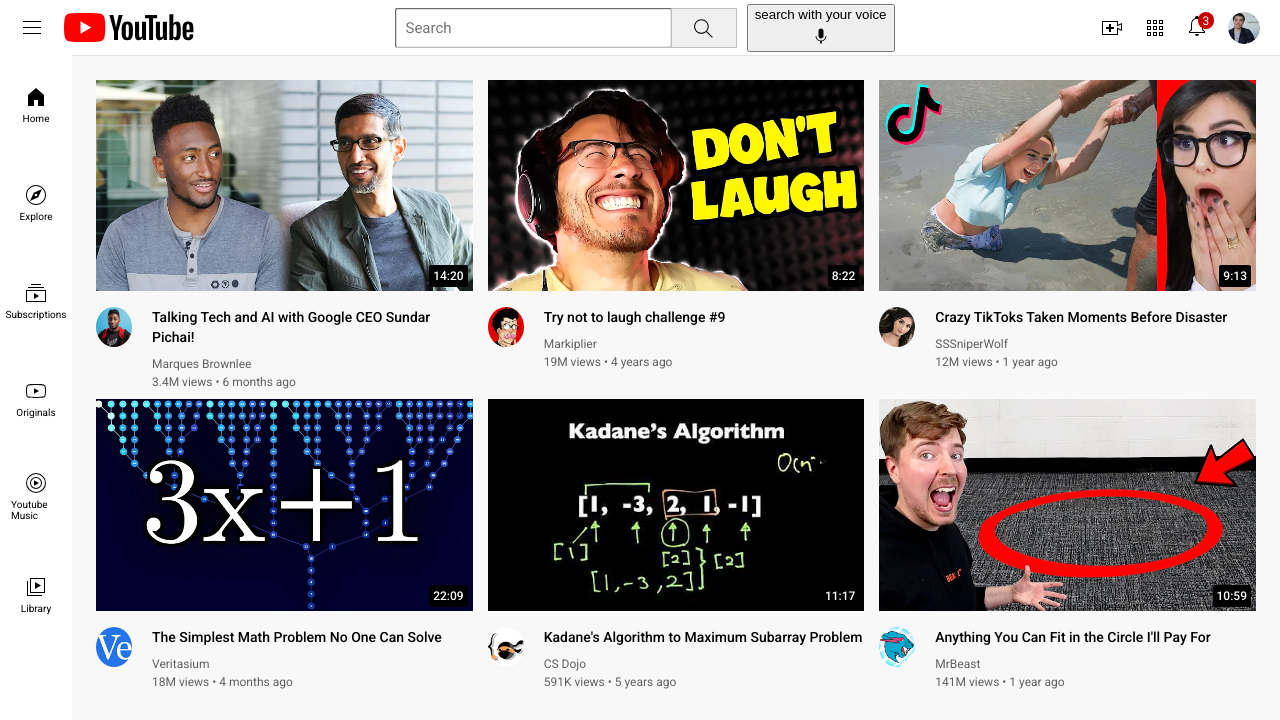
Repository: idahcarts-ux/html-css
Page: youtube.html
These files come from the project's save history. The page is drawn as it stood at one moment and after a run of saves; the edit follows.
The browser window is 1280 px wide. The pictures show the whole page.

Above is the page before, as saved 2025-11-21 07:14:21.

### youtube.html
<!DOCTYPE html>
<html>
<head>
  <title>YouTube.com Clone</title>

  <link rel="preconnect" href="https://fonts.googleapis.com">
  <link rel="preconnect" href="https://fonts.gstatic.com" crossorigin>
  <link href="https://fonts.googleapis.com/css2?family=Roboto:wght@100;300;400;500;700;900&display=swap" rel="stylesheet">

<link rel="stylesheet" href="styles/general.css">
<link rel="stylesheet" href="styles/video.css">
<link rel="stylesheet" href="styles/header.css">
<link rel="stylesheet" href="styles/sidebar.css">



</head>
<body>
  <div class="header">
    <div class="left-section">
     <img class="hamburger-menu" src="icons/hamburger-menu.svg">
     <img class="youtube-logo" src="icons/youtube-logo.svg">
    </div>

    <div class="middle-section">
      <input class="search-bar" type="text" placeholder="Search">
    <button class="search-button">
      <img
      class="search-icon"
      src="icons/search.svg">
      <div class="tooltip">search</div>
    </button>
    <button class="voice-search-button">
      <div class="tooltip">search with your voice</div>
      <img
      class="voice-search-icon"
      src="icons/voice-search-icon.svg">
    </button>
    </div>

    <div class="right-section">
      <img
      class="uploads-icon"
      src="icons/upload.svg">
      <img
      class="youtube-apps-icon"
      src="icons/youtube-apps.svg">
      <div class="notification-icon-container">
       <img
      class="notification-icon"
      src="icons/notifications.svg">
      <div class="notifications-count">3</div>
      </div>
      <img
       class="current-user-picture"
       src="chanel-pictures/my-channel.jpeg">
    </div>

  </div>

   <div class="sidebar">
     <div class="sidebar-link">
      <img src="icons/home.svg">
      <div>Home</div>
     </div>
     <div class="sidebar-link">
      <img src="icons/explore.svg">
      <div>Explore</div>
     </div>
     <div class="sidebar-link">
      <img src="icons/subscriptions.svg">
      <div>Subscriptions</div>
     </div>
     <div class="sidebar-link">
      <img src="icons/originals.svg">
      <div>Originals</div>
      </div>
     <div class="sidebar-link">
      <img src="icons/youtube-music.svg">
       <div>Youtube Music</div>
     </div>
      <div class="sidebar-link">
      <img src="icons/library.svg">
       <div>Library</div>
     </div>

   </div>



  <!-- MAIN GRID START -->
  <div class="video-grid">

    <!-- 1 -->
    <div class="video-preview">
      <div class="thumbnails-row">
      <img class="thumbnails" src="thumbnails/thumbnail-1.webp">
      <div class="video-time">14:20</div>
      </div>
      <div class="video-info-grid">
        <div class="channel-pictures">
          <img class="profile-picture" src="chanel-pictures/channel-1.jpeg">
        </div>
        <div class="video-info">
          <p class="video-title">
            Talking Tech and AI with Google CEO Sundar Pichai!
          </p>
          <p class="video-author">Marques Brownlee</p>
          <p class="video-stats">3.4M views • 6 months ago</p>
        </div>
      </div>
    </div>

    <!-- 2 -->
    <div class="video-preview">
       <div class="thumbnails-row">
      <img class="thumbnails" src="thumbnails/thumbnail-2.webp">
      <div class="video-time">8:22</div>
      </div>
       <div class="video-info-grid">
        <div class="channel-pictures">
          <img class="profile-picture" src="chanel-pictures/channel-2.jpeg">
        </div>
        <div class="video-info">
          <p class="video-title">Try not to laugh challenge #9</p>
          <p class="video-author">Markiplier</p>
          <p class="video-stats">19M views • 4 years ago</p>
        </div>
      </div>
    </div>

    <!-- 3 -->
    <div class="video-preview">
      <div class="thumbnails-row">
     <img class="thumbnails" src="thumbnails/thumbnail-3.webp">
       <div class="video-time">9:13</div>
       </div>
      <div class="video-info-grid">
        <div class="channel-pictures">
          <img class="profile-picture" src="chanel-pictures/channel-3.jpeg">
        </div>
        <div class="video-info">
          <p class="video-title">Crazy TikToks Taken Moments Before Disaster</p>
          <p class="video-author">SSSniperWolf</p>
          <p class="video-stats">12M views • 1 year ago</p>
        </div>
      </div>
    </div>

    <!-- 4 -->
    <div class="video-preview">
      <div class="thumbnails-row">
      <img class="thumbnails" src="thumbnails/thumbnail-4.webp">
        <div class="video-time">22:09</div>
        </div>
      <div class="video-info-grid">
        <div class="channel-pictures">
          <img class="profile-picture" src="chanel-pictures/channel-4.jpeg">
        </div>
        <div class="video-info">
          <p class="video-title">The Simplest Math Problem No One Can Solve</p>
          <p class="video-author">Veritasium</p>
          <p class="video-stats">18M views • 4 months ago</p>
        </div>
      </div>
    </div>

    <!-- 5 -->
    <div class="video-preview">
      <div class="thumbnails-row">
      <img class="thumbnails" src="thumbnails/thumbnail-5.webp">
       <div class="video-time">11:17</div>
       </div>
      <div class="video-info-grid">
        <div class="channel-pictures">
          <img class="profile-picture" src="chanel-pictures/channel-5.jpeg">
        </div>
        <div class="video-info">
          <p class="video-title">
            Kadane's Algorithm to Maximum Subarray Problem
          </p>
          <p class="video-author">CS Dojo</p>
          <p class="video-stats">591K views • 5 years ago</p>
        </div>
      </div>
    </div>

    <!-- 6 -->
    <div class="video-preview">
      <div class="thumbnails-row">
         <img class="thumbnails" src="thumbnails/thumbnail-6.webp">
         <div class="video-time">10:59</div>
         </div>
         <div class="video-info-grid">
        <div class="channel-pictures">
          <img class="profile-picture" src="chanel-pictures/channel-6.jpeg">
        </div>
        <div class="video-info">
          <p class="video-title">
            Anything You Can Fit in the Circle I'll Pay For
          </p>
          <p class="video-author">MrBeast</p>
          <p class="video-stats">141M views • 1 year ago</p>
        </div>
      </div>
    </div>

  </div>
  <!-- MAIN GRID END -->



</body>
</html>

### styles/general.css
 p {
    font-family: Roboto, Arial;
    margin-top: 0;
    margin-bottom: 0;
  }

  body {
    margin: 0;
    padding-top: 80px;
    padding-right: 24px;
    padding-left: 96px;
    background-color: rgb(248, 248, 248);
  }

### styles/video.css



  .thumbnails {
    width: 100%;
  }



  .video-title {
    font-size: 14px;
    font-weight: 500;
    line-height: 20px;
    margin-bottom: 10px;
  }

  .video-info-grid {
    display: flex;
    margin-top: 12px;
  }

  /* FIX: Ensure the profile picture container is just large enough for the picture */
  .channel-pictures {
    width: 48px; /* Slightly larger than the picture for padding/margin */
    flex-shrink: 0;
    margin-right: 8px; /* Added some spacing to separate picture from text */
  }

  /* FIX: Ensure the profile picture fills its container and maintain aspect ratio */
  .profile-picture {
    width: 36px; /* Kept your desired size */
    height: 40px; /* Added explicit height to force a square container */
    object-fit: cover; /* Ensures image covers the area without distortion */
    border-radius: 50%;
  }

  /* FIX: Removed fixed width which was unnecessary and potentially restrictive */
  .video-info {
    /* width: 200px; <--- Removed this line */
    flex: 1; /* Allow it to take up the remaining space */
  }

  .video-author {
    font-size: 12px;
    color: rgb(96, 96, 96);
    margin-bottom: 4px;
  }

  .video-stats {
    font-size: 12px;
    color: rgb(96, 96, 96);
  }

  .video-grid {
    display: grid;
    grid-template-columns: 1fr 1fr 1fr;
    column-gap: 15px;
    row-gap: 10px;
  }
  .video-time {
    background-color: black;
    color: white;
    position: absolute;
    bottom:8px;
    right:5px;
    font-family: Roboto, Arial;
    font-size: 12px;
    font-weight: 500;
    padding-left: 4px;
    padding-right: 4px;
    padding-bottom: 4px;
    padding-top: 4px;
    border-radius: 2px;

}

  .thumbnails-row {
    margin-bottom: 8px;
    position: relative;
  }

### styles/header.css


  .header {
    height:55px;
    display:flex;
    flex-direction: row;
    justify-content: space-between;
    position: fixed;
    top:0;
    left:0;
    right:0;
    background-color: white;
    border-bottom-width: 1px;
    border-bottom-style: solid;
    border-bottom-color: rgb( 228, 228, 228);
    z-index:100;
  }

  .left-section {
  display: flex;
   align-items: center;


  }
    .youtube-logo {
    width: 12vw;        /* Scales with viewport width */
    min-width: 80px;    /* Don't get too small */
    max-width: 130px;   /* Don't grow too large */
    height: auto;       /* Keep aspect ratio */
    transition: width 0.25s ease;
}


  .hamburger-menu {
    height: 24px;
    margin-left: 20px;
    margin-right: 20px;
  }
  .middle-section {
    flex:1;
    margin-left: 30px;
    margin-right: 35px;
    max-width:500px;
    display: flex;
    align-items:center;
  }
  .search-bar {
    flex:1;
    height:36px;
    padding-left:10px;
    font-size: 16px;
    border-width: 1px;
    border-color: rgb(190, 190,190);
    border-radius: 2px;
    box-shadow: inset 0.05px 0.05px 1px rgba(0, 0, 0.05);
    width:0;
  }
  .search-bar::placeholder {
    font-family: Roboto, Arial;
    font-size:15px;
  }
  .search-icon{
    height:25px;
    margin-top:4px;
  }
  .search-button {
    height:40px;
    width:66px;
    background-color: rgb( 240, 240, 240);
    border-width: 1px;
    border-style:solid;
    border-color: rgb(190, 190,190);
    margin-left: -1px;
    margin-right: 10px;
    position: relative;
  }
  .search-button .tooltip {
    position: absolute;
    background-color: gray;
    color:white;
    padding-top: 4px;
    padding-bottom: 4px;
    padding-left: 8px;
    padding-right: 8px;
    border-radius: 2px;
    font-size: 12px;
    bottom: -30px;
    opacity: 0;
    transition:opacity 0.15s;
    pointer-events: none;
  }

  .search-button:hover .tooltip {
   opacity: 1;
  }

  .search button, .voice
  .voice-search-button {
    height:40px;
    width:40px;
    border-radius: 20px;
    border: none;
    background-color: rgb(248,248,248);
  }
  .voice-search-icon{
    height:20px;
    margin-top: 4px;

  }
  .right-section {
    width:180px;
    display:flex;
    align-items: center;
    justify-content: space-between;
    flex-shrink: 0;
  }
  .uploads-icon {
    height:24px;
  }
  .youtube-apps-icon {
    height:24px;
  }
  .notification-icon {
    height:24px;
  }
  .notification-icon-container {
    position:relative;
  }
  .notifications-count {
    position:absolute;
    top: -2px;
    right: -5px;
    background-color: rgb(200, 0, 0);
    color: white;
    font-family: Roboto, Arial;
    font-size: 12px;
    padding-left: 5px;
    padding-right: 5px;
    padding-top: 2px;
    padding-bottom: 1px;
    border-radius: 10px;
  }
  .current-user-picture {
    height:32px;
    border-radius: 16px;
    margin-right: 20px;
  }

### styles/sidebar.css
.sidebar {
  position: fixed;
  left: 0;
  bottom: 0;
  top: 55px;
  background-color: white;
  width: 72px;
  z-index: 200;
  padding-top: 5;

}
.sidebar-link {
  height: 76px;
  display: flex;
  justify-content: center;
  align-items: center;
  flex-direction: column;
  padding:11px;
  cursor: pointer;

}
.sidebar-link:hover {
  background-color: rgb(238, 238,238);
}
.sidebar-link img {
  height: 24px;
  margin-bottom: 4px;
}
.sidebar-link div {
 font-family: Roboto, Arial;
 font-size: 10px;
}

After the next 3 saves:
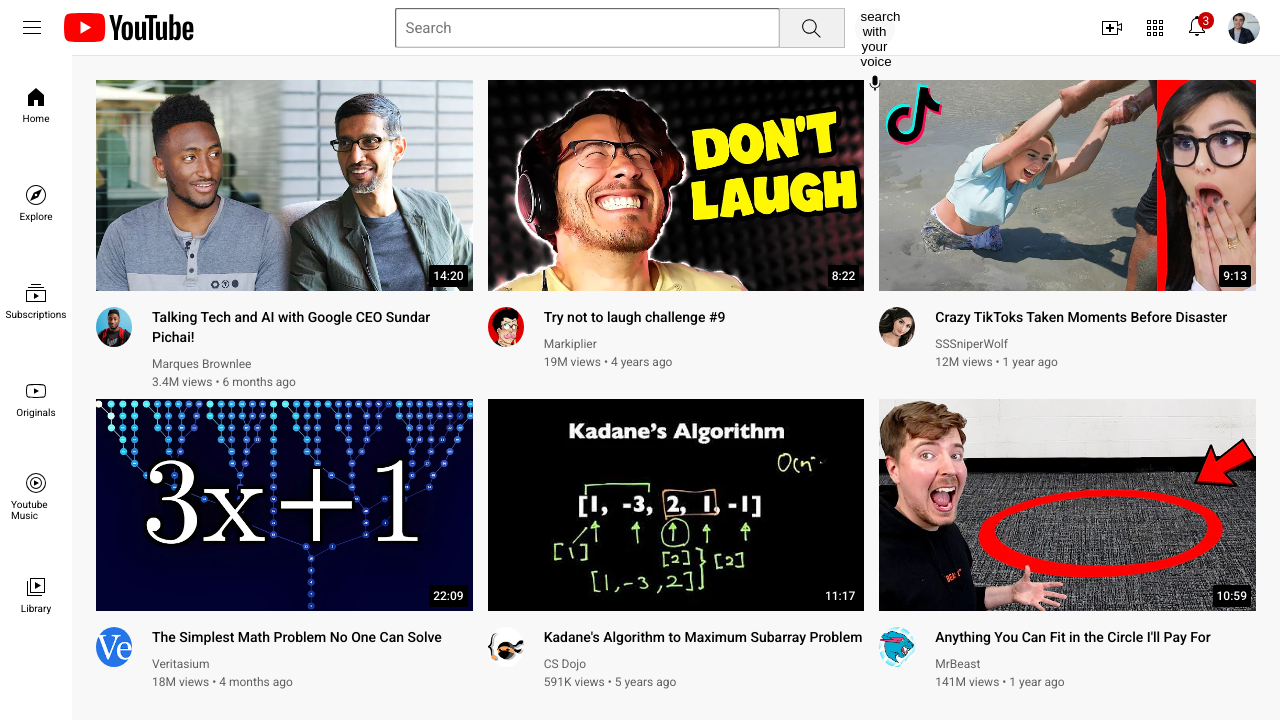
The 3 saves are shown as one change because they came seconds apart.
The last was saved 8 s later.
--- a/styles/header.css
+++ b/styles/header.css
@@ -94,7 +94,9 @@
    opacity: 1;
   }
 
-  .search button, .voice
+  .search button, .voice-search-button{
+
+  }
   .voice-search-button {
     height:40px;
     width:40px;
